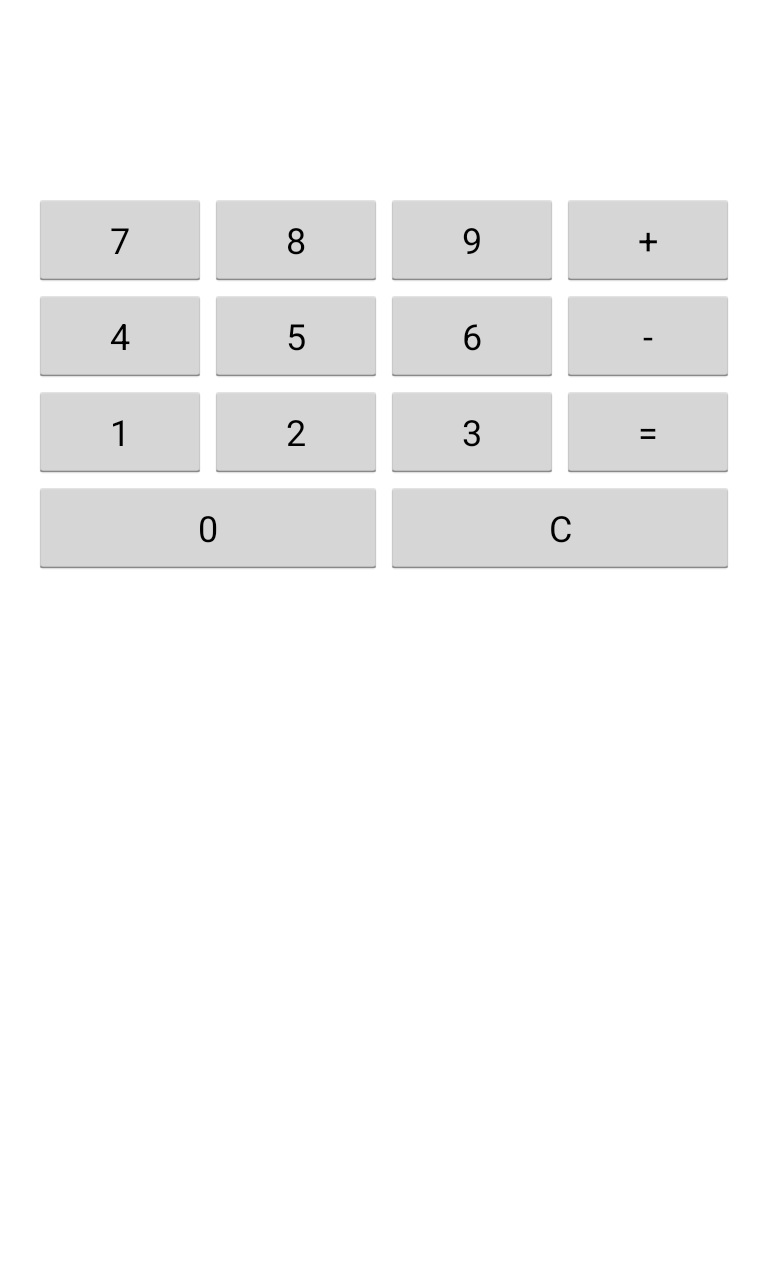
Repository: G3rcar/Android-I
Layout: SimpleCalculator/res/layout/activity_main.xml
The author's editor kept a copy of each file at every save. The layout is drawn from the files as they stood at one save, then again after the next save.
It is drawn on a 768 x 1280 px phone screen (xhdpi) without system bars, with theme AppTheme; the app's code is not run.

Above is the layout before, as saved 2013-11-08 18:37:08.

### SimpleCalculator/res/layout/activity_main.xml
<ScrollView xmlns:android="http://schemas.android.com/apk/res/android"
    xmlns:tools="http://schemas.android.com/tools"
    android:id="@+id/ScrollView1"
    android:layout_width="match_parent"
    android:layout_height="wrap_content"
    android:paddingBottom="@dimen/activity_vertical_margin"
    android:paddingLeft="@dimen/activity_horizontal_margin"
    android:paddingRight="@dimen/activity_horizontal_margin"
    android:paddingTop="@dimen/activity_vertical_margin" >



    <LinearLayout
        android:layout_width="match_parent"
        android:layout_height="wrap_content"
        android:orientation="vertical" >

          <TextView
              android:id="@+id/txvOperaciones"
              android:layout_width="match_parent"
              android:layout_height="40dp" />

          <TextView
              android:id="@+id/txvResultado"
              android:layout_width="match_parent"
              android:layout_height="40dp" />

          <LinearLayout
              android:layout_width="match_parent"
              android:layout_height="0dp"
              android:layout_weight="1" >

              <Button
                  android:id="@+id/btnSiete"
                  android:layout_width="0dp"
                  android:layout_weight="1"
                  android:layout_height="wrap_content"
                  android:text="@string/lblNumSiete" />

              <Button
                  android:id="@+id/btnOcho"
                  android:layout_width="0dp"
                  android:layout_height="wrap_content"
                  android:layout_weight="1"
                  android:text="@string/lblNumOcho" />

              <Button
                  android:id="@+id/btnNueve"
                  android:layout_width="0dp"
                  android:layout_height="wrap_content"
                  android:layout_weight="1"
                  android:text="@string/lblNumNueve" />

              <Button
                  android:id="@+id/btnMas"
                  android:layout_width="0dp"
                  android:layout_height="wrap_content"
                  android:layout_weight="1"
                  android:text="@string/lblMas" />

          </LinearLayout>

          <LinearLayout
              android:layout_width="match_parent"
              android:layout_height="0dp"
              android:layout_weight="1" >

              <Button
                  android:id="@+id/btnCuatro"
                  android:layout_width="0dp"
                  android:layout_height="wrap_content"
                  android:layout_weight="1"
                  android:text="@string/lblNumCuatro" />

              <Button
                  android:id="@+id/btnCinco"
                  android:layout_width="0dp"
                  android:layout_height="wrap_content"
                  android:layout_weight="1"
                  android:text="@string/lblNumCinco" />

              <Button
                  android:id="@+id/btnSeis"
                  android:layout_width="0dp"
                  android:layout_height="wrap_content"
                  android:layout_weight="1"
                  android:text="@string/lblNumSeis" />

              <Button
                  android:id="@+id/btnMenos"
                  android:layout_width="0dp"
                  android:layout_height="wrap_content"
                  android:layout_weight="1"
                  android:text="@string/lblMenos" />

          </LinearLayout>

          <LinearLayout
              android:layout_width="match_parent"
              android:layout_height="0dp"
              android:layout_weight="1" >

              <Button
                  android:id="@+id/btnUno"
                  android:layout_width="0dp"
                  android:layout_height="wrap_content"
                  android:layout_weight="1"
                  android:text="@string/lblNumUno" />

              <Button
                  android:id="@+id/btnDos"
                  android:layout_width="0dp"
                  android:layout_height="wrap_content"
                  android:layout_weight="1"
                  android:text="@string/lblNumDos" />

              <Button
                  android:id="@+id/btnTres"
                  android:layout_width="0dp"
                  android:layout_weight="1"
                  android:layout_height="wrap_content"
                  android:text="3" />

              <Button
                  android:id="@+id/btnIgual"
                  android:layout_width="0dp"
                  android:layout_height="wrap_content"
                  android:layout_weight="1"
                  android:text="=" />

          </LinearLayout>

          <LinearLayout
              android:layout_width="match_parent"
              android:layout_height="0dp"
              android:layout_weight="1" >

              <Button
                  android:id="@+id/btnCero"
                  android:layout_width="0dp"
                  android:layout_weight="1"
                  android:layout_height="wrap_content"
                  android:text="0" />

              <Button
                  android:id="@+id/btnClear"
                  android:layout_width="0dp"
                  android:layout_height="wrap_content"
                  android:layout_weight="1"
                  android:text="C" />

          </LinearLayout>

    </LinearLayout>

</ScrollView>

### SimpleCalculator/res/values/strings.xml
<?xml version="1.0" encoding="utf-8"?>
<resources>

    <string name="app_name">Simple Calculator</string>
    <string name="action_settings">Settings</string>
    <string name="hello_world">Hello world!</string>
    <string name="lblNumSiete">7</string>
    <string name="lblNumOcho">8</string>
    <string name="lblNumNueve">9</string>
    <string name="lblMas">+</string>
    <string name="lblNumCuatro">4</string>
    <string name="lblNumCinco">5</string>
    <string name="lblNumSeis">6</string>
    <string name="lblMenos">-</string>
    <string name="lblNumUno">1</string>
    <string name="lblNumDos">2</string>

</resources>

Loaded but not shown: SimpleCalculator/res/values/styles.xml (common file); SimpleCalculator/res/values-v11/styles.xml (common file); SimpleCalculator/res/values-v14/styles.xml (common file); SimpleCalculator/res/values/dimens.xml (common file)

After the next save:
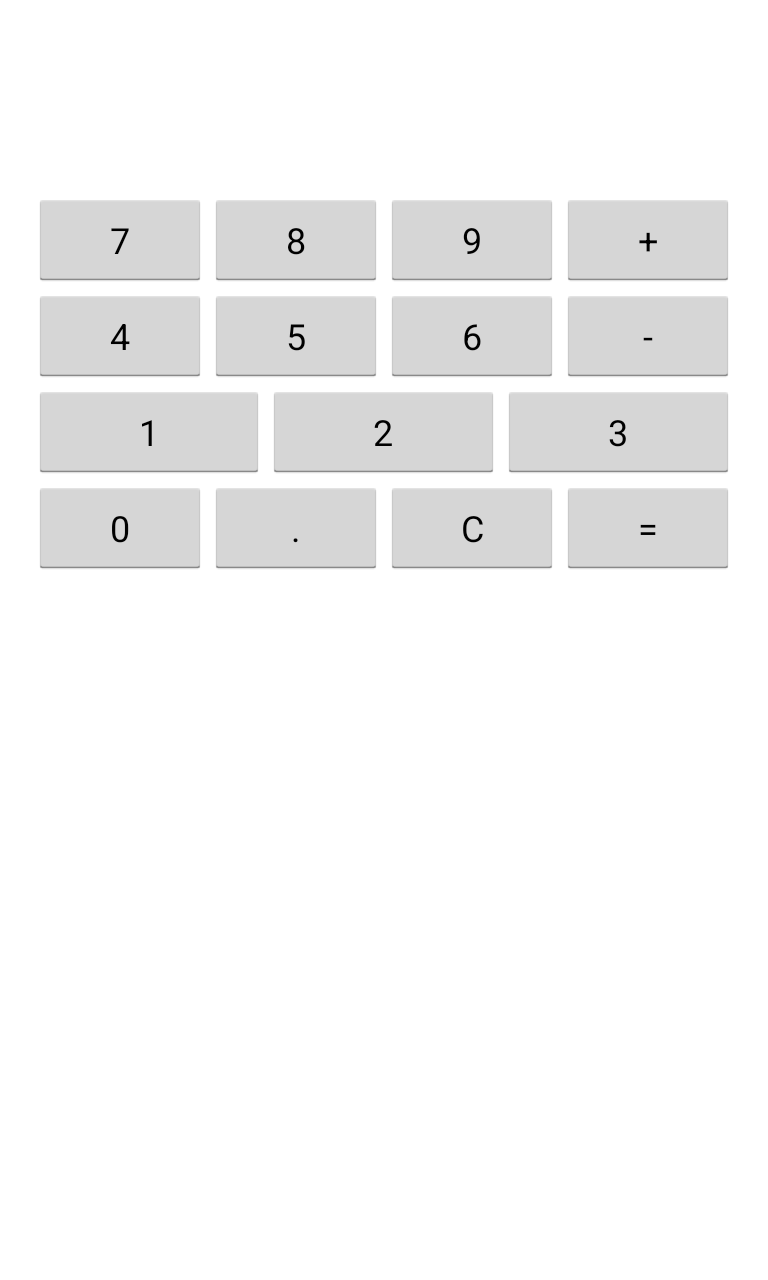
Saved 23 s later.
--- a/SimpleCalculator/res/layout/activity_main.xml
+++ b/SimpleCalculator/res/layout/activity_main.xml
@@ -121,13 +121,6 @@
                   android:layout_height="wrap_content"
                   android:text="3" />
 
-              <Button
-                  android:id="@+id/btnIgual"
-                  android:layout_width="0dp"
-                  android:layout_height="wrap_content"
-                  android:layout_weight="1"
-                  android:text="=" />
-
           </LinearLayout>
 
           <LinearLayout
@@ -143,12 +136,26 @@
                   android:text="0" />
 
               <Button
+                  android:id="@+id/button1"
+                  android:layout_width="0dp"
+                  android:layout_height="wrap_content"
+                  android:layout_weight="1"
+                  android:text="." />
+
+              <Button
                   android:id="@+id/btnClear"
                   android:layout_width="0dp"
                   android:layout_height="wrap_content"
                   android:layout_weight="1"
                   android:text="C" />
 
+              <Button
+                  android:id="@+id/btnIgual"
+                  android:layout_width="0dp"
+                  android:layout_height="wrap_content"
+                  android:layout_weight="1"
+                  android:text="=" />
+
           </LinearLayout>
 
     </LinearLayout>
